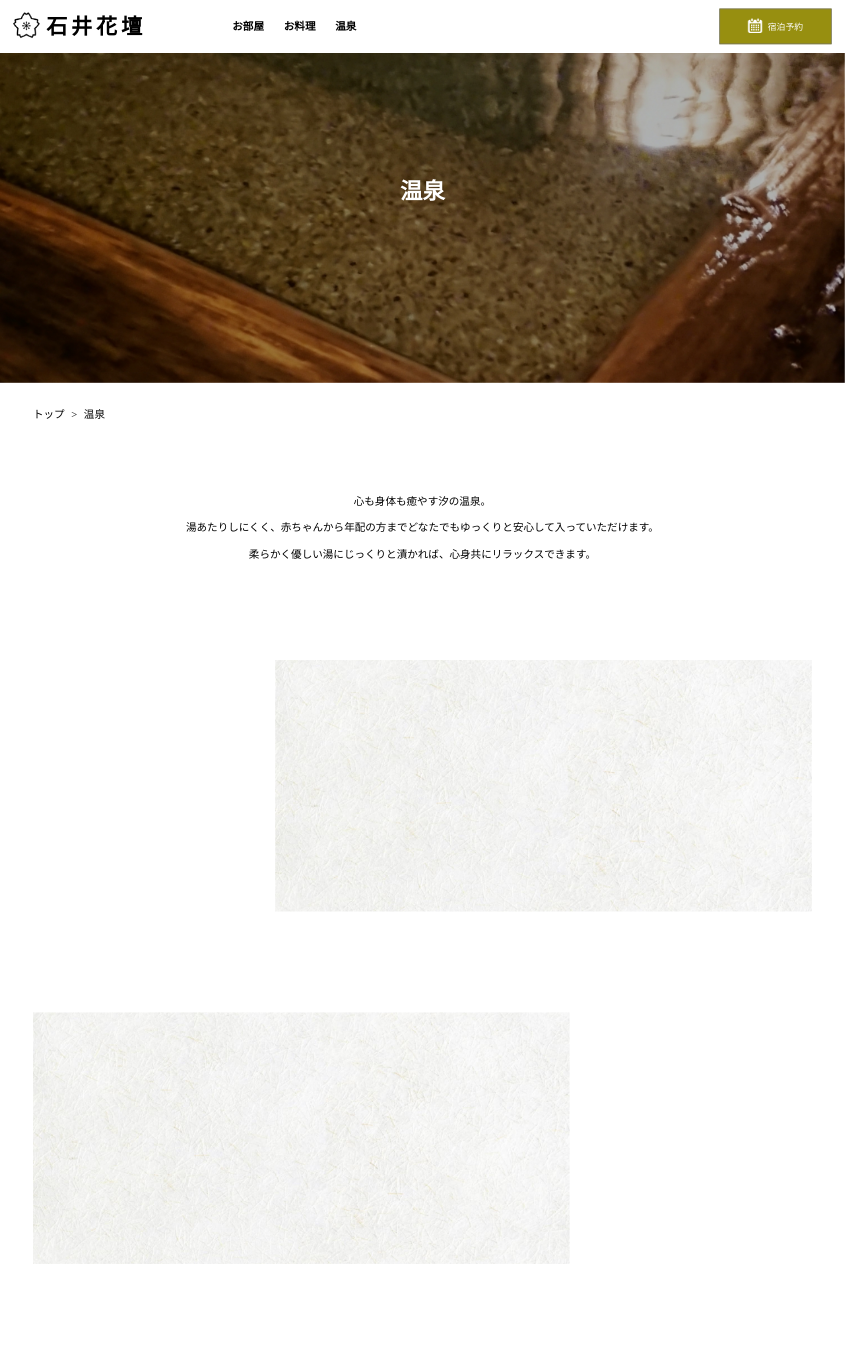
Repository: yuukiyokoyama/compex1
Page: hot-spring.html
These files come from the project's save history. The page is drawn as it stood at one moment and after the next save; the edit follows.
The browser window is 1280 px wide. The pictures show the whole page, at 66% of full size.
The style sheet was rebuilt from its Sass, Less or Tailwind sources for each picture, by a compiler version that may differ from the author's.

Above is the page before, as saved 2021-09-20 01:44:36.

After the next save:
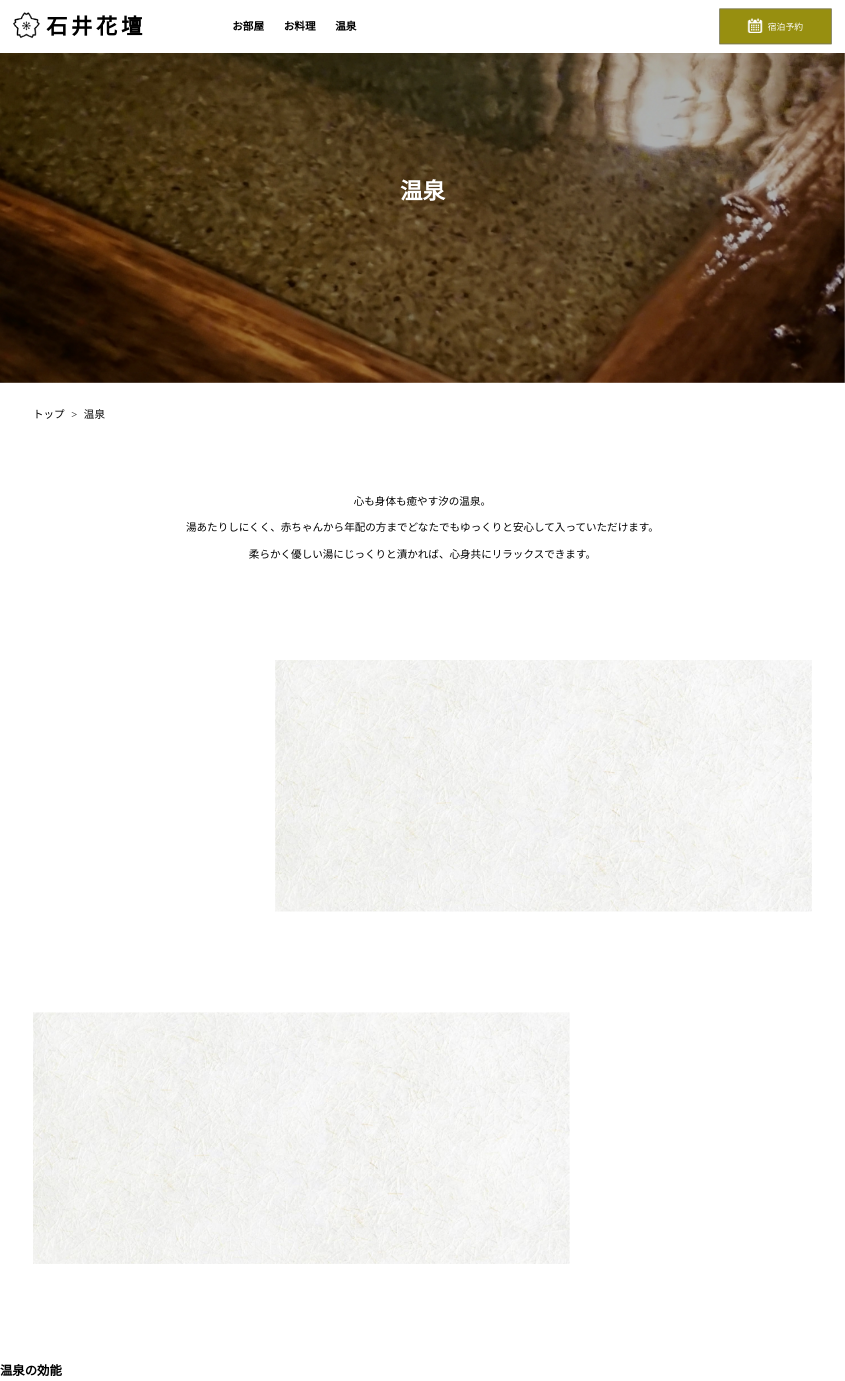
Saved 11 h 35 min later.
--- a/hot-spring.html
+++ b/hot-spring.html
@@ -254,7 +254,9 @@
           data-aos="fade-up
         "
           data-aos-duration="2000"
-        ></div>
+        >
+          <h3 class="efficacy-of-hot-springs__title">温泉の効能</h3>
+        </div>
       </section>
     </main>
   </body>
